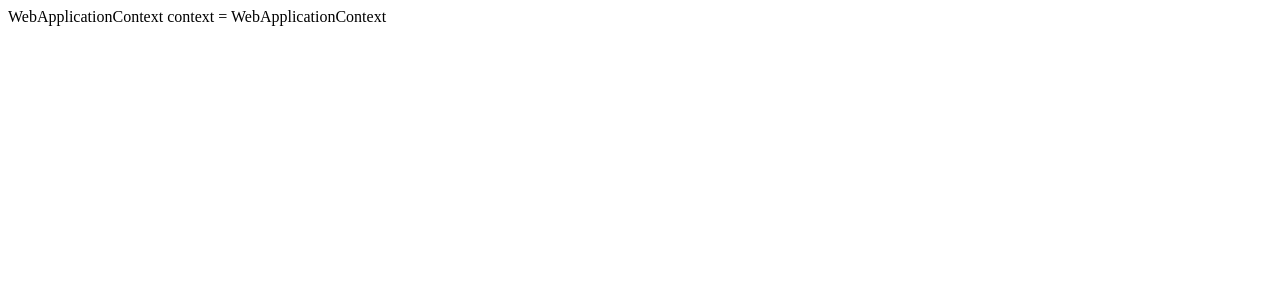
Repository: sungkyung1214/springstudy
Page: http://localhost/spring_DI/
The author's editor kept a copy of each file at every save. The page is drawn from the files as they stood at one save, then again after the next save.
The browser window is 1280 px wide. The pictures show the whole page.
The page is served by Tomcat 9.

Above is the page before, as saved 2023-07-25 08:10:27.

After the next save:
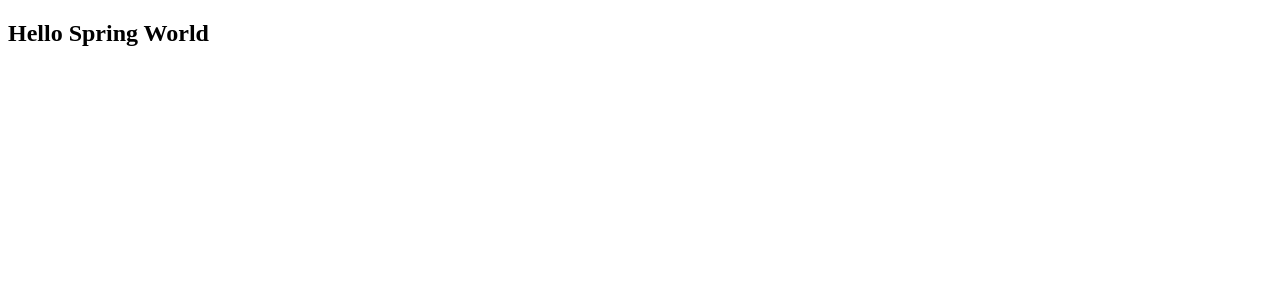
Saved 2 min 50 s later.
--- a/spring_DI/src/main/webapp/index.jsp
+++ b/spring_DI/src/main/webapp/index.jsp
@@ -1,3 +1,5 @@
+<%@page import="org.springframework.web.context.support.WebApplicationContextUtils"%>
+<%@page import="org.springframework.web.context.WebApplicationContext"%>
 <%@page import="ex06_web_DI.HelloImpl"%>
 <%@page import="org.springframework.context.support.GenericXmlApplicationContext"%>
 <%@page import="org.springframework.context.ApplicationContext"%>
@@ -22,8 +24,14 @@
 		config.xml => 환경설정파일
 		=> web에서는 /WEB-INF/spring/root-context.xml => application으로 정해져있다.
 	--%>
+	<%
 		WebApplicationContext context =
-		WebApplicationContext
+		WebApplicationContextUtils.getWebApplicationContext(application);
+		HelloImpl hello = (HelloImpl)context.getBean("hello");
+		String msg = hello.sayHello();
+		out.println("<h2>"+msg+"</h2>");
 
+
+	%>
 </body>
 </html>
